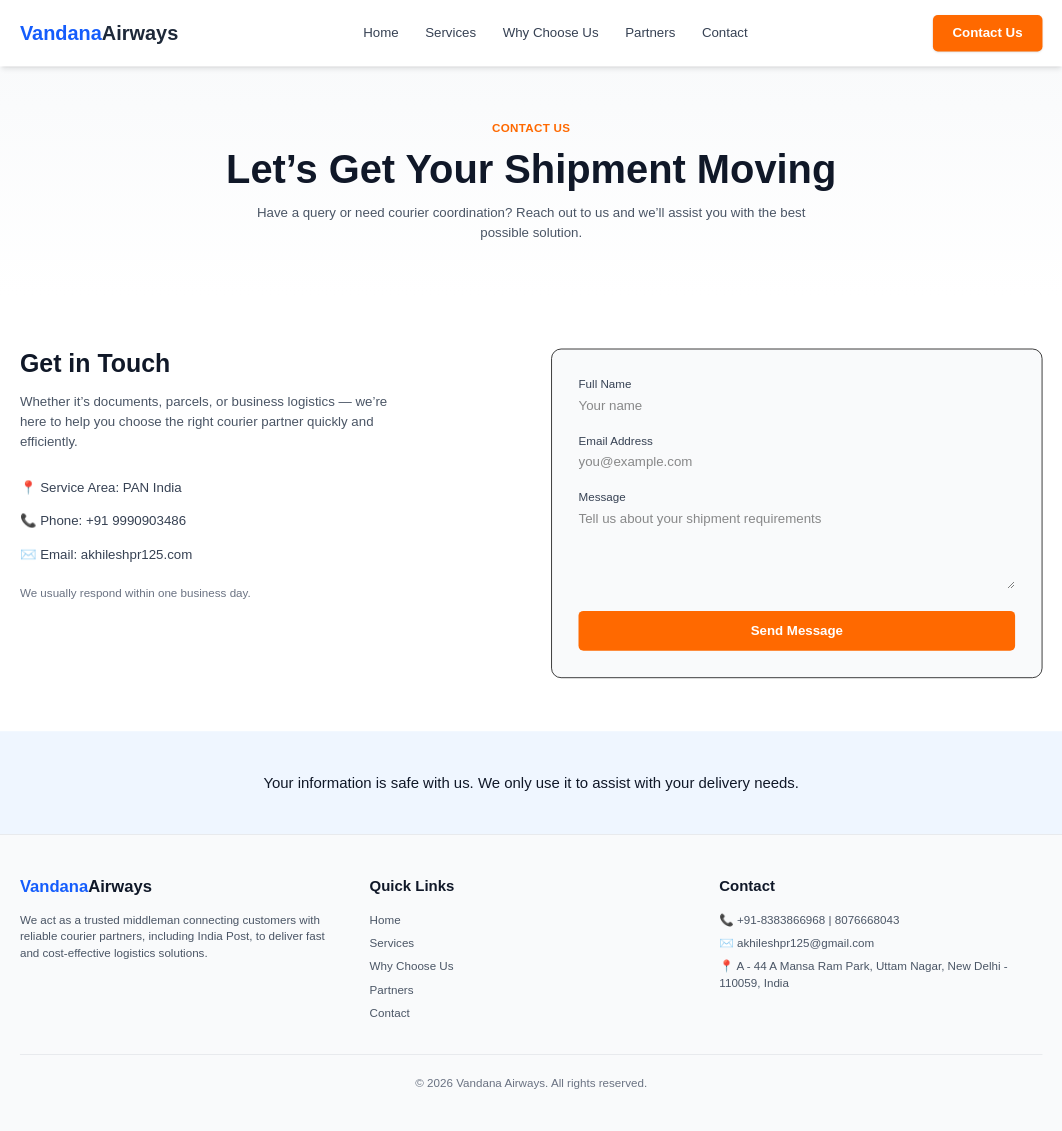
Repository: Rohit-foryou/Courier-Portfolio
Page: /contact
An editor plug-in stored every save of this project. The page is shown before and after the next save, followed by the edit.
The browser window is 1280 px wide. The pictures show the whole page, at 83% of full size.
The project was rebuilt for these pictures with package versions that can differ from the ones it lists, and the page was loaded fresh each time. The framework's server and built-in components were replaced by stand-ins that run in the browser. Also part of the build but not shown: next.config.ts.

Above is the page before, as saved 2026-02-10 01:25:41.

### app/layout.tsx
import "./globals.css";
import Navbar from "../components/Navbar";
import Footer from "../components/Fotter";

export const metadata = {
  title: "Courier Portfolio",
  description: "Courier & logistics service portfolio website",
};

export default function RootLayout({
  children,
}: {
  children: React.ReactNode;
}) {
  return (
    <html lang="en">
      <body>
        <Navbar />
        <main className="min-h-screen">{children}</main>
        <Footer />
      </body>
    </html>
  );
}

### app/contact/page.tsx
import Link from "next/link";

export default function ContactPage() {
  return (
    <>
      {/* HERO */}
      <section className="bg-gradient-to-b from-gray-50 to-white py-16">
        <div className="max-w-7xl mx-auto px-6 text-center">
          <p className="text-sm font-semibold text-orange-500 uppercase tracking-wide">
            Contact Us
          </p>
          <h1 className="mt-4 text-4xl md:text-5xl font-bold text-gray-900">
            Let’s Get Your Shipment Moving
          </h1>
          <p className="mt-4 text-gray-600 max-w-2xl mx-auto">
            Have a query or need courier coordination? Reach out to us and we’ll
            assist you with the best possible solution.
          </p>
        </div>
      </section>

      {/* CONTACT CONTENT */}
      <section className="bg-white py-16">
        <div className="max-w-7xl mx-auto px-6 grid grid-cols-1 md:grid-cols-2 gap-12">

          {/* LEFT – INFO */}
          <div>
            <h2 className="text-3xl font-bold text-gray-900">
              Get in Touch
            </h2>

            <p className="mt-4 text-gray-600 max-w-md">
              Whether it’s documents, parcels, or business logistics — we’re
              here to help you choose the right courier partner quickly and
              efficiently.
            </p>

            <div className="mt-8 space-y-4 text-gray-700">
              <p>📍 <span className="font-medium">Service Area:</span> PAN India</p>
              <p>📞 <span className="font-medium">Phone:</span> +91 9990903486</p>
              <p>✉️ <span className="font-medium">Email:</span> akhileshpr125.com</p>
            </div>

            <p className="mt-6 text-sm text-gray-500">
              We usually respond within one business day.
            </p>
          </div>

          {/* RIGHT – FORM */}
          <div className="bg-gray-50 p-8 rounded-xl border">
            <form className="space-y-5">
              <div>
                <label className="block text-sm font-medium text-gray-700">
                  Full Name
                </label>
                <input
                  type="text"
                  placeholder="Your name"
                  className="mt-1 w-full rounded-md border-gray-300 focus:border-orange-500 focus:ring-orange-500"
                />
              </div>

              <div>
                <label className="block text-sm font-medium text-gray-700">
                  Email Address
                </label>
                <input
                  type="email"
                  placeholder="you@example.com"
                  className="mt-1 w-full rounded-md border-gray-300 focus:border-orange-500 focus:ring-orange-500"
                />
              </div>

              <div>
                <label className="block text-sm font-medium text-gray-700">
                  Message
                </label>
                <textarea
                  rows={4}
                  placeholder="Tell us about your shipment requirements"
                  className="mt-1 w-full rounded-md border-gray-300 focus:border-orange-500 focus:ring-orange-500"
                />
              </div>

              <button
                type="submit"
                className="
                  w-full bg-orange-500 text-white py-3 rounded-md font-semibold
                  hover:bg-orange-600 hover:scale-[1.02]
                  transition-all
                "
              >
                Send Message
              </button>
            </form>
          </div>
        </div>
      </section>

      {/* REASSURANCE */}
      <section className="bg-blue-50 py-12 text-center">
        <p className="text-lg font-medium text-gray-900">
          Your information is safe with us. We only use it to assist with your
          delivery needs.
        </p>
      </section>
    </>
  );
}

### components/Navbar.tsx
import Link from "next/link";

export default function Navbar() {
  return (
    <nav className="w-full bg-white sticky top-0 z-50 shadow-md">
      <div className="max-w-7xl mx-auto px-6">
        <div className="flex items-center justify-between h-20">

          {/* Logo */}
          <Link href="/" className="flex items-center">
            <span className="text-2xl font-bold text-blue-600">
              Vandana<span className="text-gray-800">Airways</span>
            </span>
          </Link>

          {/* Navigation Links */}
          <div className="hidden md:flex items-center space-x-8 text-gray-700 font-medium">
            {["Home", "Services", "Why Choose Us", "Partners", "Contact"].map(
              (item) => (
                <Link
                  key={item}
                  href={item === "Home" ? "/" : `/${item.toLowerCase().replace(/\s/g, "-")}`}
                  className="relative hover:text-blue-600 transition after:absolute after:left-0 after:-bottom-1 after:w-0 after:h-[2px] after:bg-orange-500 hover:after:w-full after:transition-all"
                >
                  {item}
                </Link>
              )
            )}
          </div>

          {/* CTA Button */}
          <Link
            href="/contact"
            className="bg-orange-500 text-white px-6 py-2.5 rounded-md font-semibold hover:bg-orange-600 transition shadow-sm"
          >
Contact Us          </Link>
        </div>
      </div>
    </nav>
  );
}

### components/Fotter.tsx
import Link from "next/link";

export default function Footer() {
  return (
    <footer className="bg-gray-50 border-t border-gray-200">
      <div className="max-w-7xl mx-auto px-6 py-12">
        <div className="grid grid-cols-1 md:grid-cols-3 gap-8">
          {/* Brand / About */}
          <div>
            <h3 className="text-xl font-bold text-blue-600">
  Vandana<span className="text-gray-900">Airways</span>
</h3>

            <p className="mt-4 text-gray-600 text-sm">
              We act as a trusted middleman connecting customers with reliable
              courier partners, including India Post, to deliver fast and
              cost-effective logistics solutions.
            </p>
          </div>

          {/* Quick Links */}
          <div>
            <h4 className="text-lg font-semibold text-gray-900 mb-4">
Quick Links</h4>
            <ul className="mt-4 space-y-2 text-sm">
              <li>
                <Link
                  href="/"
                  className="text-gray-600 hover:text-blue-600 transition"
                >
                  Home
                </Link>
              </li>
              <li>
                <Link
                  href="/services"
                  className="text-gray-600 hover:text-blue-600 transition"
                >
                  Services
                </Link>
              </li>
              <li>
                <Link
                  href="/why-choose-us"
                  className="text-gray-600 hover:text-blue-600 transition"
                >
                  Why Choose Us
                </Link>
              </li>
              <li>
                <Link
                  href="/partners"
                  className="text-gray-600 hover:text-blue-600 transition"
                >
                  Partners
                </Link>
              </li>
              <li>
                <Link
                  href="/contact"
                  className="text-gray-600 hover:text-blue-600 transition"
                >
                  Contact
                </Link>
              </li>
            </ul>
          </div>

          {/* Contact Info */}
          <div>
            <h4 className="text-lg font-semibold text-gray-900">Contact</h4>
            <ul className="mt-4 space-y-2 text-gray-600 text-sm">
              <li>📞 +91-8383866968 | 8076668043</li>
              <li>✉️ akhileshpr125@gmail.com</li>
              <li>
                📍 A - 44 A Mansa Ram Park, Uttam Nagar, New Delhi - 110059, India
              </li>
            </ul>
          </div>
        </div>

        {/* Bottom Bar */}
        <div className="mt-10 border-t border-gray-200 pt-6 text-center text-sm text-gray-500">
          © {new Date().getFullYear()} Vandana Airways. All rights reserved.
        </div>
      </div>
    </footer>
  );
}

Loaded but not shown: app/globals.css (common file)

After the next save:
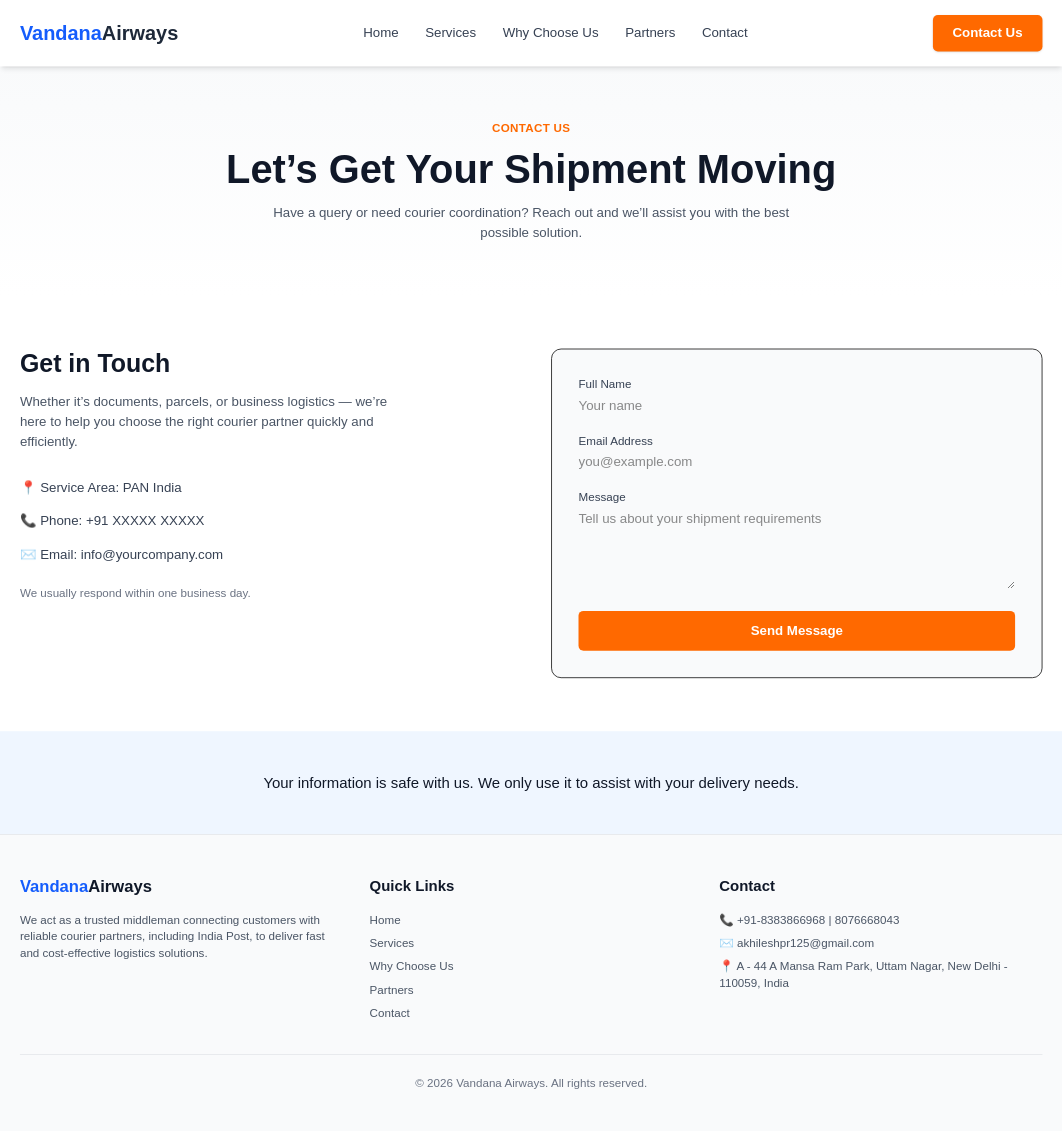
Saved 23 h 28 min later.
--- a/app/contact/page.tsx
+++ b/app/contact/page.tsx
@@ -1,5 +1,3 @@
-import Link from "next/link";
-
 export default function ContactPage() {
   return (
     <>
@@ -13,8 +11,8 @@
             Let’s Get Your Shipment Moving
           </h1>
           <p className="mt-4 text-gray-600 max-w-2xl mx-auto">
-            Have a query or need courier coordination? Reach out to us and we’ll
-            assist you with the best possible solution.
+            Have a query or need courier coordination? Reach out and we’ll assist
+            you with the best possible solution.
           </p>
         </div>
       </section>
@@ -23,7 +21,7 @@
       <section className="bg-white py-16">
         <div className="max-w-7xl mx-auto px-6 grid grid-cols-1 md:grid-cols-2 gap-12">
 
-          {/* LEFT – INFO */}
+          {/* LEFT INFO */}
           <div>
             <h2 className="text-3xl font-bold text-gray-900">
               Get in Touch
@@ -37,8 +35,8 @@
 
             <div className="mt-8 space-y-4 text-gray-700">
               <p>📍 <span className="font-medium">Service Area:</span> PAN India</p>
-              <p>📞 <span className="font-medium">Phone:</span> +91 9990903486</p>
-              <p>✉️ <span className="font-medium">Email:</span> akhileshpr125.com</p>
+              <p>📞 <span className="font-medium">Phone:</span> +91 XXXXX XXXXX</p>
+              <p>✉️ <span className="font-medium">Email:</span> info@yourcompany.com</p>
             </div>
 
             <p className="mt-6 text-sm text-gray-500">
@@ -46,17 +44,26 @@
             </p>
           </div>
 
-          {/* RIGHT – FORM */}
+          {/* RIGHT FORM */}
           <div className="bg-gray-50 p-8 rounded-xl border">
-            <form className="space-y-5">
+            <form
+              action="https://formspree.io/f/abcdwxyz"  // 🔴 REPLACE WITH YOUR ID
+              method="POST"
+              className="space-y-5"
+            >
               <div>
                 <label className="block text-sm font-medium text-gray-700">
                   Full Name
                 </label>
                 <input
                   type="text"
+                  name="name"
+                  required
                   placeholder="Your name"
-                  className="mt-1 w-full rounded-md border-gray-300 focus:border-orange-500 focus:ring-orange-500"
+                  className="
+                    mt-1 w-full rounded-md border-gray-300
+                    focus:border-orange-500 focus:ring-orange-500
+                  "
                 />
               </div>
 
@@ -66,8 +73,13 @@
                 </label>
                 <input
                   type="email"
+                  name="email"
+                  required
                   placeholder="you@example.com"
-                  className="mt-1 w-full rounded-md border-gray-300 focus:border-orange-500 focus:ring-orange-500"
+                  className="
+                    mt-1 w-full rounded-md border-gray-300
+                    focus:border-orange-500 focus:ring-orange-500
+                  "
                 />
               </div>
 
@@ -76,11 +88,30 @@
                   Message
                 </label>
                 <textarea
+                  name="message"
                   rows={4}
+                  required
                   placeholder="Tell us about your shipment requirements"
-                  className="mt-1 w-full rounded-md border-gray-300 focus:border-orange-500 focus:ring-orange-500"
+                  className="
+                    mt-1 w-full rounded-md border-gray-300
+                    focus:border-orange-500 focus:ring-orange-500
+                  "
                 />
               </div>
+
+              {/* OPTIONAL: SUBJECT LINE */}
+              <input
+                type="hidden"
+                name="_subject"
+                value="New Courier Enquiry"
+              />
+
+              {/* OPTIONAL: REDIRECT AFTER SUBMIT */}
+              <input
+                type="hidden"
+                name="_redirect"
+                value="/thank-you"
+              />
 
               <button
                 type="submit"
